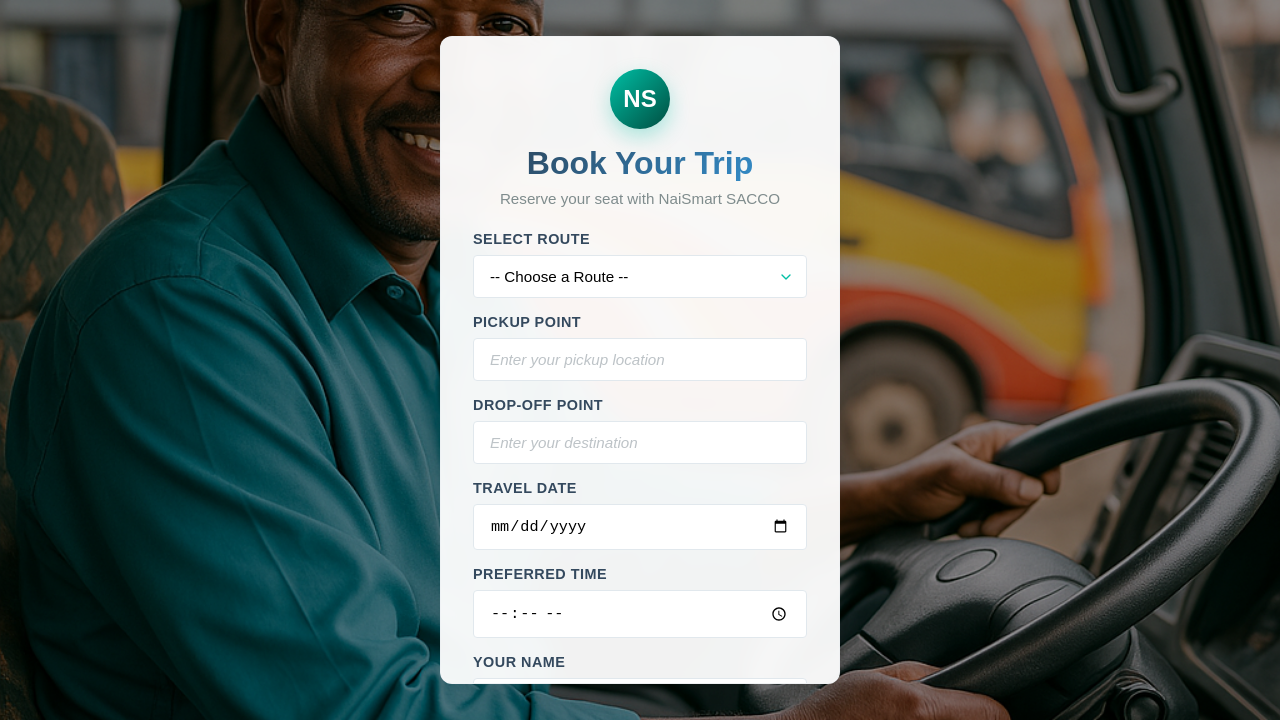
Repository: Ndegwa2/sacco
Page: Client/Booking.html
An editor plug-in stored every save of this project. The page is shown before and after the next save, followed by the edit.
The browser window is 1280 px wide. The pictures show the whole page.
Some web fonts or font styles are not loaded; a fallback is used.

Above is the page before, as saved 2025-08-24 23:42:04.

### Client/Booking.html
<!DOCTYPE html>
<html lang="en">
<head>
  <meta charset="UTF-8">
  <meta name="viewport" content="width=device-width, initial-scale=1.0">
  <title>Book a Trip - NaiSmart SACCO</title>
  <link rel="stylesheet" href="/static/styles/auth.css">
  <link rel="stylesheet" href="/static/styles/dark-mode.css">
  <link rel="preconnect" href="https://fonts.googleapis.com">
  <link rel="preconnect" href="https://fonts.gstatic.com" crossorigin>
  <link href="https://fonts.googleapis.com/css2?family=Segoe+UI:wght@400;500;600;700&display=swap" rel="stylesheet">
</head>
<body>
  <div class="auth-card">
    <!-- Logo/Brand -->
    <div class="auth-logo">
      NS
    </div>

    <!-- Header -->
    <h2>Book Your Trip</h2>
    <p class="auth-subtitle">Reserve your seat with NaiSmart SACCO</p>

    <!-- Booking Form -->
    <form action="/booking" method="POST" class="auth-form">

      <div class="form-group">
        <label for="route">Select Route</label>
        <select id="route" name="route" class="form-select" required>
          <option value="">-- Choose a Route --</option>
          <option value="CBD-Rongai">CBD – Rongai</option>
          <option value="CBD-Githurai">CBD – Githurai</option>
          <option value="CBD-Umoja">CBD – Umoja</option>
          <option value="CBD-Thika">CBD – Thika</option>
          <option value="CBD-Eastleigh">CBD – Eastleigh</option>
        </select>
      </div>

      <div class="form-group">
        <label for="pickup">Pickup Point</label>
        <input
          type="text"
          id="pickup"
          name="pickup"
          class="form-input"
          placeholder="Enter your pickup location"
          required
        >
      </div>

      <div class="form-group">
        <label for="dropoff">Drop-off Point</label>
        <input
          type="text"
          id="dropoff"
          name="dropoff"
          class="form-input"
          placeholder="Enter your destination"
          required
        >
      </div>

      <div class="form-group">
        <label for="date">Travel Date</label>
        <input
          type="date"
          id="date"
          name="date"
          class="form-input"
          required
        >
      </div>

      <div class="form-group">
        <label for="time">Preferred Time</label>
        <input
          type="time"
          id="time"
          name="time"
          class="form-input"
          required
        >
      </div>

      <div class="form-group">
        <label for="name">Your Name</label>
        <input
          type="text"
          id="name"
          name="name"
          class="form-input"
          placeholder="Enter your full name"
          required
        >
      </div>

      <div class="form-group">
        <label for="contact">Phone or Email</label>
        <input
          type="text"
          id="contact"
          name="contact"
          class="form-input"
          placeholder="Enter your phone number or email"
          required
        >
      </div>

      <button type="submit" class="auth-btn">
        Confirm Booking
      </button>
    </form>

    <!-- Navigation Link -->
    <div class="auth-link">
      <a href="/">← Back to Home</a> |
      <a href="/login">Login</a> |
      <a href="/register">Register</a>
    </div>
  </div>

  <script>
    // Add loading state to button on form submit
    document.querySelector('.auth-form').addEventListener('submit', function() {
      const button = document.querySelector('.auth-btn');
      button.classList.add('loading');
      button.textContent = 'Processing Booking...';
    });

    // Set minimum date to today
    document.addEventListener('DOMContentLoaded', function() {
      const dateInput = document.getElementById('date');
      const today = new Date().toISOString().split('T')[0];
      dateInput.setAttribute('min', today);
    });
  </script>
</body>
</html>

### static/styles/auth.css
/* Enhanced Authentication Pages Styling */

/* Reset and base styles */
* {
  margin: 0;
  padding: 0;
  box-sizing: border-box;
}

body {
  background: url('../background2.png') no-repeat center center fixed;
  background-size: cover;
  font-family: 'Poppins', sans-serif;
  margin: 0;
  height: 100vh;
  display: flex;
  justify-content: center;
  align-items: center;
  position: relative;
}

/* Add overlay for better readability */
body::before {
  content: '';
  position: fixed;
  top: 0;
  left: 0;
  width: 100%;
  height: 100%;
  background: rgba(0, 0, 0, 0.4);
  z-index: 1;
}

/* Enhanced auth card */
.auth-card {
  background: rgba(255, 255, 255, 0.95);
  backdrop-filter: blur(10px);
  padding: 2rem 2rem;
  border-radius: 12px;
  border: 1px solid rgba(225, 232, 237, 0.3);
  box-shadow: 0 20px 40px rgba(0, 0, 0, 0.1);
  width: 100%;
  max-width: 400px;
  text-align: center;
  position: relative;
  z-index: 10;
  max-height: 90vh;
  overflow-y: auto;
}

/* Logo and branding */
.auth-logo {
  width: 60px;
  height: 60px;
  margin: 0 auto 1rem;
  background: linear-gradient(135deg, #00bfa5, #004d40);
  border-radius: 50%;
  display: flex;
  align-items: center;
  justify-content: center;
  color: white;
  font-size: 1.5rem;
  font-weight: bold;
  box-shadow: 0 8px 20px rgba(0, 191, 165, 0.3);
}

/* Enhanced headings */
.auth-card h2 {
  color: #2c3e50;
  font-size: 2rem;
  font-weight: 700;
  margin-bottom: 0.5rem;
  background: linear-gradient(135deg, #2c3e50, #3498db);
  -webkit-background-clip: text;
  -webkit-text-fill-color: transparent;
  background-clip: text;
}

.auth-subtitle {
  color: #7f8c8d;
  font-size: 0.95rem;
  margin-bottom: 1.5rem;
  font-weight: 400;
}

/* Enhanced form styling */
.auth-form {
  display: flex;
  flex-direction: column;
  gap: 1rem;
}

.form-group {
  position: relative;
  text-align: left;
}

.form-group label {
  display: block;
  margin-bottom: 0.5rem;
  color: #34495e;
  font-weight: 600;
  font-size: 0.9rem;
  text-transform: uppercase;
  letter-spacing: 0.5px;
}

.form-input {
  width: 100%;
  padding: 0.75rem 1rem;
  border: 1px solid #e1e8ed;
  border-radius: 4px;
  font-size: 0.95rem;
  background: #ffffff;
  transition: border-color 0.3s ease;
  outline: none;
  position: relative;
}

.form-input:focus {
  border-color: #00bfa5;
  background: #ffffff;
}

.form-input::placeholder {
  color: #bdc3c7;
  font-style: italic;
}

/* Enhanced select styling */
.form-select {
  width: 100%;
  padding: 0.75rem 1rem;
  border: 1px solid #e1e8ed;
  border-radius: 4px;
  font-size: 0.95rem;
  background: #ffffff;
  transition: border-color 0.3s ease;
  outline: none;
  cursor: pointer;
  appearance: none;
  background-image: url('data:[embedded picture, 225 characters]');
  background-repeat: no-repeat;
  background-position: right 0.75rem center;
  background-size: 16px;
  padding-right: 2.5rem;
}

.form-select:focus {
  border-color: #00bfa5;
  background-color: #ffffff;
}

/* Enhanced button styling */
.auth-btn {
  background: linear-gradient(135deg, #00bfa5, #00acc1);
  color: white;
  padding: 0.9rem 1.5rem;
  border: none;
  border-radius: 8px;
  font-size: 1rem;
  font-weight: 600;
  cursor: pointer;
  transition: all 0.3s ease;
  text-transform: uppercase;
  letter-spacing: 1px;
  position: relative;
  overflow: hidden;
  margin-top: 0.5rem;
}

.auth-btn::before {
  content: '';
  position: absolute;
  top: 0;
  left: -100%;
  width: 100%;
  height: 100%;
  background: linear-gradient(90deg, transparent, rgba(255, 255, 255, 0.2), transparent);
  transition: left 0.5s;
}

.auth-btn:hover::before {
  left: 100%;
}

.auth-btn:hover {
  background: linear-gradient(135deg, #00acc1, #0097a7);
  transform: translateY(-2px);
  box-shadow: 0 8px 25px rgba(0, 191, 165, 0.4);
}

.auth-btn:active {
  transform: translateY(0);
}

/* Enhanced link styling */
.auth-link {
  margin-top: 2rem;
  color: #7f8c8d;
  font-size: 0.95rem;
}

.auth-link a {
  color: #00bfa5;
  text-decoration: none;
  font-weight: 600;
  transition: all 0.3s ease;
  position: relative;
}

.auth-link a::after {
  content: '';
  position: absolute;
  width: 0;
  height: 2px;
  bottom: -2px;
  left: 0;
  background: linear-gradient(135deg, #00bfa5, #00acc1);
  transition: width 0.3s ease;
}

.auth-link a:hover::after {
  width: 100%;
}

.auth-link a:hover {
  color: #00acc1;
}

/* Flash messages styling */
.flashes {
  list-style: none;
  padding: 0;
  margin-bottom: 2rem;
  position: fixed;
  top: 2rem;
  right: 2rem;
  z-index: 1000;
}

.flash {
  padding: 1rem 1.5rem;
  border-radius: 12px;
  margin-bottom: 1rem;
  color: white;
  font-weight: 500;
  box-shadow: 0 4px 15px rgba(0, 0, 0, 0.1);
  animation: slideIn 0.3s ease;
  position: relative;
  overflow: hidden;
}

@keyframes slideIn {
  from {
    transform: translateX(100%);
    opacity: 0;
  }
  to {
    transform: translateX(0);
    opacity: 1;
  }
}

.flash.success {
  background: linear-gradient(135deg, #27ae60, #2ecc71);
}

.flash.error {
  background: linear-gradient(135deg, #e74c3c, #c0392b);
}

.flash.info {
  background: linear-gradient(135deg, #3498db, #2980b9);
}

/* Responsive design */
@media (max-width: 480px) {
  .auth-card {
    margin: 1rem;
    padding: 2rem 1.5rem;
    max-width: none;
  }

  .auth-card h2 {
    font-size: 1.6rem;
  }

  .flashes {
    position: static;
    margin-bottom: 1rem;
  }
}

/* Loading animation */
.auth-btn.loading {
  pointer-events: none;
  position: relative;
}

.auth-btn.loading::after {
  content: '';
  position: absolute;
  width: 20px;
  height: 20px;
  top: 50%;
  left: 50%;
  margin-left: -10px;
  margin-top: -10px;
  border: 2px solid transparent;
  border-top: 2px solid white;
  border-radius: 50%;
  animation: spin 1s linear infinite;
}

@keyframes spin {
  0% { transform: rotate(0deg); }
  100% { transform: rotate(360deg); }
}

/* Focus indicators for accessibility */
.form-input:focus,
.form-select:focus,
.auth-btn:focus {
  outline: 2px solid #00bfa5;
  outline-offset: 2px;
}

/* High contrast mode support */
@media (prefers-contrast: high) {
  .auth-card {
    background: white;
    border: 2px solid #000;
  }

  .form-input,
  .form-select {
    border-color: #000;
  }
}

/* Reduced motion support */
@media (prefers-reduced-motion: reduce) {
  *,
  *::before,
  *::after {
    animation-duration: 0.01ms !important;
    animation-iteration-count: 1 !important;
    transition-duration: 0.01ms !important;
  }
}

### static/styles/dark-mode.css
/* Dark Mode CSS */
:root {
  --dark-bg-primary: #121212;
  --dark-bg-secondary: #1e1e1e;
  --dark-bg-tertiary: #2d2d2d;
  --dark-text-primary: #ffffff;
  --dark-text-secondary: #e0e0e0;
  --dark-text-tertiary: #b0b0b0;
  --dark-accent-primary: #00bfa5;
  --dark-accent-secondary: #008e76;
  --dark-accent-tertiary: #004d40;
  --dark-border: #444444;
  --dark-table-row-even: #252525;
  --dark-table-row-hover: #333333;
  --dark-shadow: rgba(0, 0, 0, 0.5);
}

body.dark-mode {
  background-color: var(--dark-bg-primary);
  color: var(--dark-text-primary);
}

/* General elements */
.dark-mode a {
  color: var(--dark-accent-primary);
}

.dark-mode a:hover {
  color: var(--dark-accent-secondary);
}

/* Header */
.dark-mode header {
  background-color: var(--dark-bg-tertiary);
  color: var(--dark-text-primary);
}

.dark-mode .admin-header {
  background-color: var(--dark-bg-tertiary);
  color: var(--dark-text-primary);
  box-shadow: 0 2px 6px var(--dark-shadow);
}

.dark-mode .admin-profile a {
  background-color: var(--dark-accent-tertiary);
  color: var(--dark-text-primary);
}

.dark-mode .admin-profile a:hover {
  background-color: var(--dark-accent-secondary);
}

/* Sidebar */
.dark-mode .admin-sidebar {
  background-color: var(--dark-bg-tertiary);
  box-shadow: 2px 0 6px var(--dark-shadow);
}

.dark-mode .admin-sidebar ul li a {
  color: var(--dark-text-primary);
}

.dark-mode .admin-sidebar ul li a:hover {
  background-color: var(--dark-bg-secondary);
}

.dark-mode .sacco-members-sidebar {
  background-color: var(--dark-bg-tertiary);
  color: var(--dark-text-primary);
}

/* Main content */
.dark-mode .admin-main {
  background-color: var(--dark-bg-primary);
  color: var(--dark-text-primary);
}

.dark-mode .admin-section {
  background-color: var(--dark-bg-secondary);
  color: var(--dark-text-primary);
  box-shadow: 0 2px 6px var(--dark-shadow);
}

.dark-mode .admin-section h3 {
  color: var(--dark-accent-primary);
}

/* Widgets */
.dark-mode .widget {
  background-color: var(--dark-bg-tertiary);
  color: var(--dark-text-primary);
  box-shadow: 0 2px 6px var(--dark-shadow);
}

.dark-mode .widget h3 {
  color: var(--dark-accent-primary);
}

.dark-mode .widget-value {
  color: var(--dark-text-primary);
}

/* Activity feed */
.dark-mode .activity-item {
  border-bottom: 1px solid var(--dark-border);
}

.dark-mode .activity-date {
  color: var(--dark-text-tertiary);
}

/* Tables */
.dark-mode table {
  color: var(--dark-text-primary);
}

.dark-mode thead tr {
  background-color: var(--dark-bg-tertiary);
  color: var(--dark-text-primary);
}

.dark-mode th,
.dark-mode td {
  border-bottom: 1px solid var(--dark-border);
}

.dark-mode tr:nth-child(even) {
  background-color: var(--dark-table-row-even);
}

.dark-mode tr:hover {
  background-color: var(--dark-table-row-hover);
}

/* Forms */
.dark-mode .booking-box {
  background-color: var(--dark-bg-secondary);
  color: var(--dark-text-primary);
  border: 1px solid var(--dark-border);
}

.dark-mode .booking-box h2 {
  color: var(--dark-text-primary);
}

.dark-mode .booking-box label {
  color: var(--dark-text-primary);
}

.dark-mode .booking-box input[type="text"],
.dark-mode .booking-box input[type="date"],
.dark-mode .booking-box input[type="time"],
.dark-mode .booking-box select {
  background-color: var(--dark-bg-tertiary);
  color: var(--dark-text-primary);
  border: 1px solid var(--dark-border);
}

.dark-mode .auth-container {
  background-color: var(--dark-bg-secondary);
  border: 1px solid var(--dark-border);
  color: var(--dark-text-primary);
}

.dark-mode .auth-container input {
  background-color: var(--dark-bg-tertiary);
  color: var(--dark-text-primary);
  border: 1px solid var(--dark-border);
}

/* Buttons */
.dark-mode .btn {
  background-color: var(--dark-accent-primary);
  color: var(--dark-text-primary);
}

.dark-mode .btn:hover {
  background-color: var(--dark-accent-secondary);
}

.dark-mode .add-btn {
  background-color: var(--dark-accent-primary);
  color: var(--dark-text-primary);
}

.dark-mode .edit-btn {
  background-color: #1e88e5;
  color: var(--dark-text-primary);
}

.dark-mode .delete-btn {
  background-color: #e53935;
  color: var(--dark-text-primary);
}

/* Route cards */
.dark-mode .route-card {
  background-color: var(--dark-bg-tertiary);
  color: var(--dark-text-primary);
  box-shadow: 0 4px 10px var(--dark-shadow);
}

.dark-mode .route-card:hover {
  background-color: var(--dark-bg-secondary);
  box-shadow: 0 6px 16px var(--dark-shadow);
}

.dark-mode .route-card h3 {
  color: var(--dark-accent-primary);
}

/* Badges */
.dark-mode .badge.active {
  background-color: var(--dark-accent-primary);
  color: var(--dark-text-primary);
}

.dark-mode .badge.inactive {
  background-color: #e53935;
  color: var(--dark-text-primary);
}

/* Hero section */
.dark-mode .hero {
  color: var(--dark-text-primary);
}

/* Services */
.dark-mode .services {
  background-color: var(--dark-bg-primary);
  color: var(--dark-text-primary);
}

.dark-mode .services h3 {
  color: var(--dark-text-primary);
}

.dark-mode .service-grid div {
  background-color: var(--dark-bg-tertiary);
  color: var(--dark-text-primary);
  box-shadow: 0 2px 5px var(--dark-shadow);
}

.dark-mode .service-grid h4 {
  color: var(--dark-accent-primary);
}

/* Footer */
.dark-mode footer {
  background-color: var(--dark-bg-tertiary);
  color: var(--dark-text-primary);
}

.dark-mode .footer-links a {
  color: var(--dark-text-primary);
}

.dark-mode .footer-links a:hover {
  color: var(--dark-accent-primary);
}

/* Dashboard */
.dark-mode .dashboard-container {
  background: var(--dark-bg-secondary);
  border: 1px solid var(--dark-border);
  box-shadow: 0 0 10px var(--dark-shadow);
}

.dark-mode .dashboard-btn {
  background-color: var(--dark-accent-primary);
  color: var(--dark-text-primary);
}

.dark-mode .dashboard-btn:hover {
  background-color: var(--dark-accent-secondary);
}

/* Flash messages */
.dark-mode .flash.success {
  background-color: #2e7d32;
}

.dark-mode .flash.error {
  background-color: #c62828;
}

/* Toggle button */
.dark-mode-toggle {
  position: fixed;
  top: 20px;
  right: 20px;
  z-index: 1001;
  background-color: var(--dark-accent-primary);
  color: white;
  border: none;
  border-radius: 50%;
  width: 40px;
  height: 40px;
  cursor: pointer;
  font-size: 18px;
  display: flex;
  align-items: center;
  justify-content: center;
  box-shadow: 0 2px 5px rgba(0, 0, 0, 0.2);
}

.dark-mode .dark-mode-toggle {
  background-color: #ffeb3b;
  color: #333;
}

### static/js/dark-mode.js
// Dark Mode Toggle Functionality
document.addEventListener('DOMContentLoaded', function() {
  // Create the toggle button
  const toggleButton = document.createElement('button');
  toggleButton.id = 'darkModeToggle';
  toggleButton.className = 'dark-mode-toggle';
  toggleButton.innerHTML = '🌙';
  toggleButton.setAttribute('aria-label', 'Toggle dark mode');

  // Add the button to the body
  document.body.appendChild(toggleButton);

  // Check for saved user preference, if any
  const savedTheme = localStorage.getItem('theme');
  if (savedTheme === 'dark') {
    document.body.classList.add('dark-mode');
    toggleButton.innerHTML = '☀️';
  }

  // Toggle dark mode when button is clicked
  toggleButton.addEventListener('click', function() {
    document.body.classList.toggle('dark-mode');

    // Update button icon
    if (document.body.classList.contains('dark-mode')) {
      toggleButton.innerHTML = '☀️';
      localStorage.setItem('theme', 'dark');
    } else {
      toggleButton.innerHTML = '🌙';
      localStorage.setItem('theme', 'light');
    }
  });
});

After the next save:
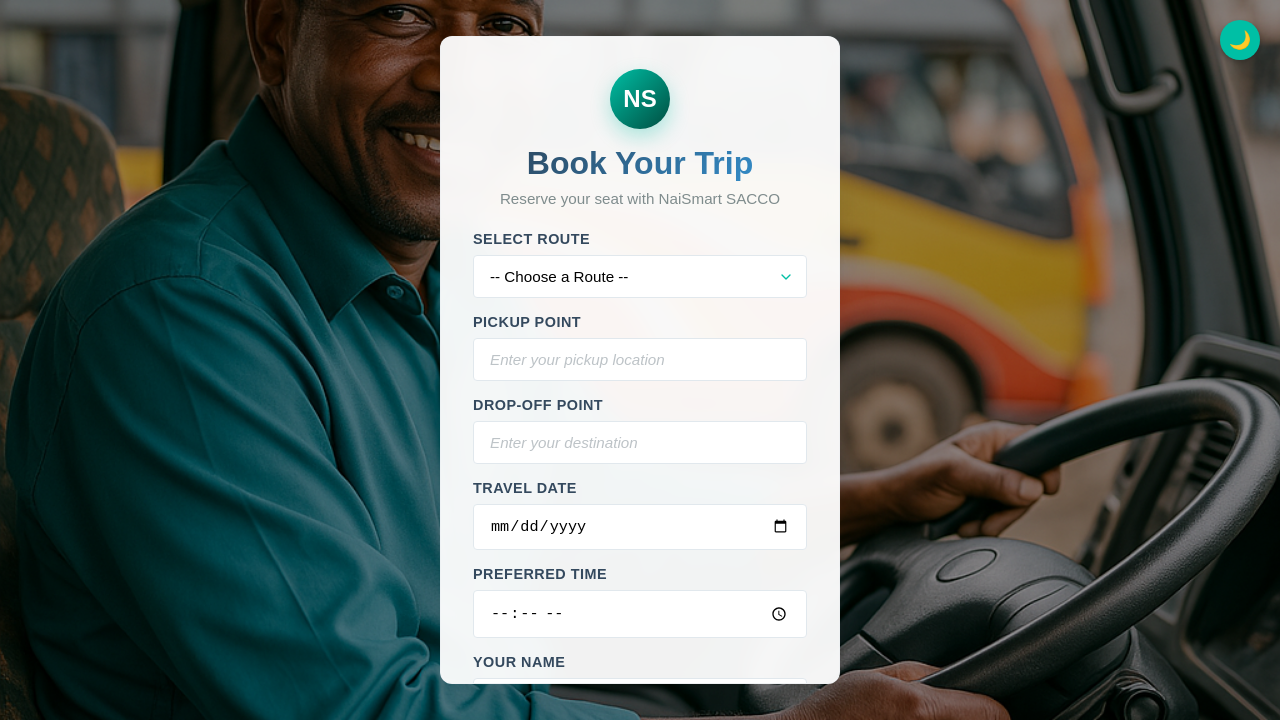
Saved 12 s later.
--- a/Client/Booking.html
+++ b/Client/Booking.html
@@ -134,5 +134,6 @@
       dateInput.setAttribute('min', today);
     });
   </script>
+  <script src="/static/js/dark-mode.js"></script>
 </body>
 </html>
